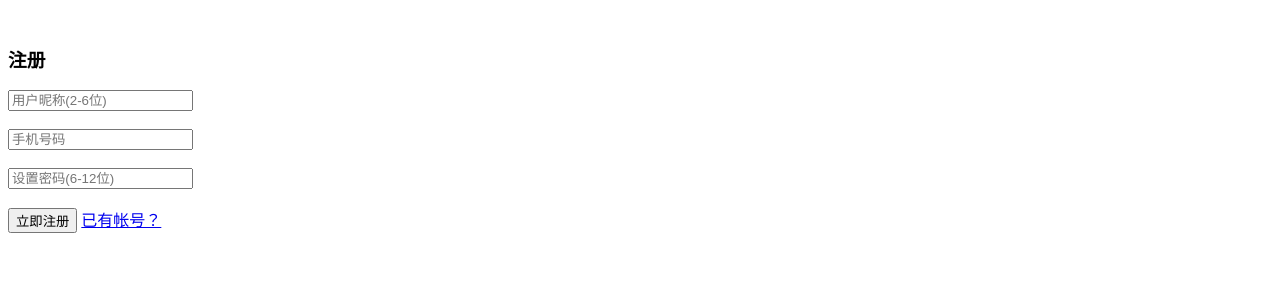
Repository: red-code-yl/web-project
Page: doc/regsit.html
An editor plug-in stored every save of this project. The page is shown before and after the next save, followed by the edit.
The browser window is 1280 px wide. The pictures show the whole page.

Above is the page before, as saved 2020-06-02 15:11:49.

After the next save:
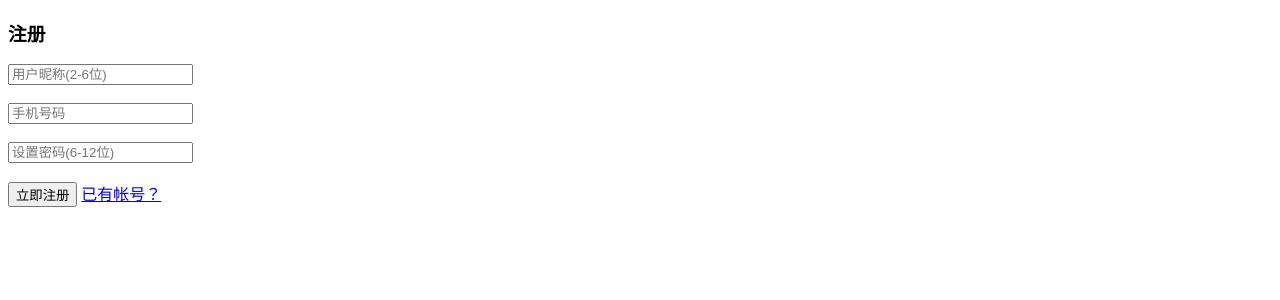
Saved 26 s later.
--- a/doc/regsit.html
+++ b/doc/regsit.html
@@ -7,7 +7,6 @@
 
     <link type="text/css" href="../css/regist.css" rel="stylesheet"/>
     <script type="text/javascript" src="../js/regist.js"></script>
-    <br/>
 </head>
 <body >
     <div id="concent" >
